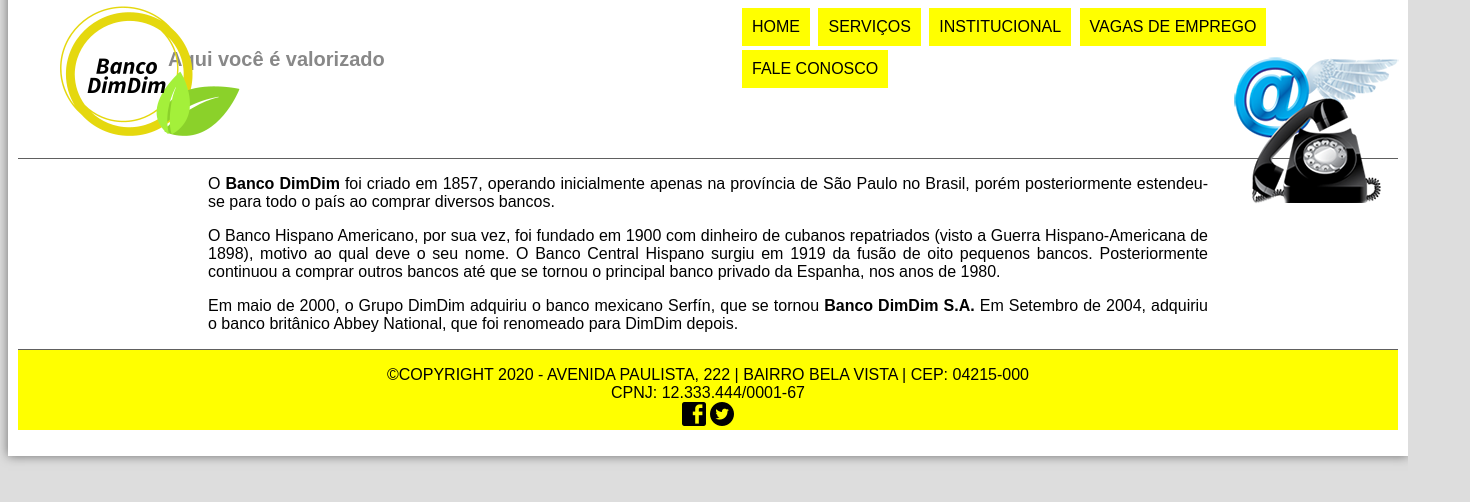
Repository: marceloShibuya/DevOps
Page: http://localhost/Nac_DevOPS/contato.jsp
An editor plug-in stored every save of this project. The page is shown before and after the next save, followed by the edit.
The browser window is 1280 px wide. The page is 1408 px wide, then 1470 px, so the pictures cover 1470 px, including what lies to the right of the window. The pictures show the whole page.
Some web fonts or font styles are not loaded; a fallback is used. The page is served by Tomcat 9. Other server files are loaded and not shown.

Above is the page before, as saved 2020-02-25 00:33:19.

### Nac_DevOPS/WebContent/contato.jsp
<%@ page language="java" contentType="text/html; charset=ISO-8859-1"
    pageEncoding="ISO-8859-1"%>
<!DOCTYPE html>
<html>
<head>
	<meta charset="utf-8">
	<title>Nac DevOPS</title>
	<link rel="stylesheet" type="text/css" href="_css/estilo.css">
</head>
<script src="_javascript/funcoes.js"></script>
<body>
<div id="interface">
	<header id="cabecalho">
		<hgroup>
			<h2>Aqui você é valorizado</h2>
		</hgroup>
		<img id="icone" src="_imagens/logo_DimDim.png">
		<img id="icone_2" src="_imagens/contato.png">
	<nav id="menu">
		<ul>
			<li onmouseover="mudaFoto('_imagens/home.png')"
			onmouseout="mudaFoto('_imagens/contato.png')"><a href="index.jsp">Home</a></li>
			<li onmouseover="mudaFoto('_imagens/especificacoes.png')"
			onmouseout="mudaFoto('_imagens/contato.png')"><a href="servicos.jsp">Serviços</a></li>
			<li onmouseover="mudaFoto('_imagens/inst.jpg')"
			onmouseout="mudaFoto('_imagens/contato.png')"><a href="institucional.jsp">Institucional</a></li>
			<li onmouseover="mudaFoto('_imagens/emprego.png')"
			onmouseout="mudaFoto('_imagens/contato.png')"><a href="emprego.jsp">Vagas de emprego</a></li>
			<li onmouseover="mudaFoto('_imagens/contato.png')"
			onmouseout="mudaFoto('_imagens/contato.png')"><a href="contato.html">Fale Conosco</a></li>
		</ul>
	</nav>
	</header>
<section id="corpo">

	<p>O <b>Banco DimDim</b> foi criado em 1857, operando inicialmente apenas na província de São Paulo no Brasil, porém posteriormente estendeu-se para todo o país ao comprar diversos bancos.</p>

	<p>O Banco Hispano Americano, por sua vez, foi fundado em 1900 com dinheiro de cubanos repatriados (visto a Guerra Hispano-Americana de 1898), motivo ao qual deve o seu nome. O Banco Central Hispano surgiu em 1919 da fusão de oito pequenos bancos. Posteriormente continuou a comprar outros bancos até que se tornou o principal banco privado da Espanha, nos anos de 1980.</p>

	<p>Em maio de 2000, o Grupo DimDim adquiriu o banco mexicano Serfín, que se tornou <b>Banco DimDim S.A.</b> Em Setembro de 2004, adquiriu o banco britânico Abbey National, que foi renomeado para DimDim depois.</p>


</section>

<footer id="rodape">
<p>&copy;Copyright 2020 - Avenida Paulista, 222 | Bairro Bela Vista | CEP: 04215-000 <br>
	CPNJ: 12.333.444/0001-67 <br>
<a href="http://facebook.com" target="_blank" ><img src="_imagens/facebook.png"></a>
<a href="http://twitter.com" target="_blank"><img src="_imagens/twitter.png"></a></p>
</footer>
</div>
</body>
</html>

### Nac_DevOPS/WebContent/_css/estilo.css
@import url('https://fonts.googleapis.com/css?family=Titillium+Web&display=swap');
@font-face {
	font-family: 'FonteLogo';
	src: url("../_fonts/bubblegum-sans-regular.otf");
}

body{
	font-family: arial, sans-serif;
	background-color: #dddddd;
	color: rgba(0,0,0,1);
	}

div#interface {
	width: 1380px;
	background-color: #ffffff;
	margin: -20px auto 0px auto;
	box-shadow: 0px 0px 10px rgba(0,0,0,.5);
	padding: 30px 10px 10px 10px;
}

header#cabecalho img#icone_2 {
	position: absolute;
	left: 1230px;
	top: 50px;
}

header#cabecalho img#icone {
	position: absolute;
	left: 50px;
	top: -20px;
}

header#cabecalho {
	border-bottom: 1px #606060 solid;
	height: 110px;
}

header#cabecalho h2 {
	font-family: 'Titillium Web', sans-serif;
	font-size: 15pt;
	color: #888888;
	padding: 0px;
	margin-top: 30px;
	margin-left: 150px;
}

p {
	font-family: 'FonteLogo', sans-serif;
	text-align: justify;
}

/* Formatação da foto */


figure.foto-legenda{
	position: relative;
	border: 8px solid white;
	box-shadow: 1px 1px 4px black;
}

figure.foto-legenda img{
	width: 100%;
	height: 100%;
}

figure.foto-legenda figcaption{
	position: absolute;
	top: 0px;
	background-color: rgba(0,0,0,.4);
	color: white;
	width: 100%;
	height: 100%;
	padding: 10px;
	box-sizing: border-box;
	opacity: 0;
	transition: opacity 1s;
}

figure.foto-legenda:hover figcaption{
	opacity: 1;
}

/*  Formatação do Menu*/


nav#menu{
	display: block;
}

nav#menu ul{
	list-style: none;
	text-transform: uppercase;
	position: absolute;
	top: -10px;
	left:700px;
}

nav#menu li{
	display: inline-block;
	background-color: #ffff00;
	padding: 10px;
	margin: 2px;
	transition: background-color 1s;
}

nav#menu li:hover{
	background-color: #ffff00;
	color: #ffffff;
}

nav#menu h1{
	display: none;
}

nav#menu a{
	color: #000000;
	text-decoration: none;
}

nav#menu a:hover{
	color: #ffff;
}

.login__content {
	margin-left: 1020px;
	margin-top: -25px;
	display: block;
	flex-direction: row;
	justify-content: center;

}

.login__title {
	margin-top: -20px;
	margin-left: 600px;
}

input#cpf {
	border-style: solid;
	border-color: #ffff00;
	box-shadow: 1px 1px 4px black;
}

input#senha {
	border-style: solid;
	border-color: #ffff00;
	box-shadow: 1px 1px 4px black;
}

.btn-full {
	background-color: #ffff00;
	text-transform: uppercase;
	box-shadow: 1px 1px 4px black;
	cursor:pointer;
}

span{
	color:white;
}

/* Formatação da Section */

section#corpo {
	display: block;
	width: 1000px;
	margin: auto;
}


footer#rodape {
	clear: both;
	border-top: 1px solid #606060;
	background-color: #ffff00;
}

footer#rodape p{
	text-transform: uppercase;
	text-align: center;
	font-family: 'Titillium Web', sans-serif;
}

### Nac_DevOPS/WebContent/_javascript/funcoes.js
function mudaFoto(foto){
	document.getElementById('icone_2').src = foto;
}

After the next save:
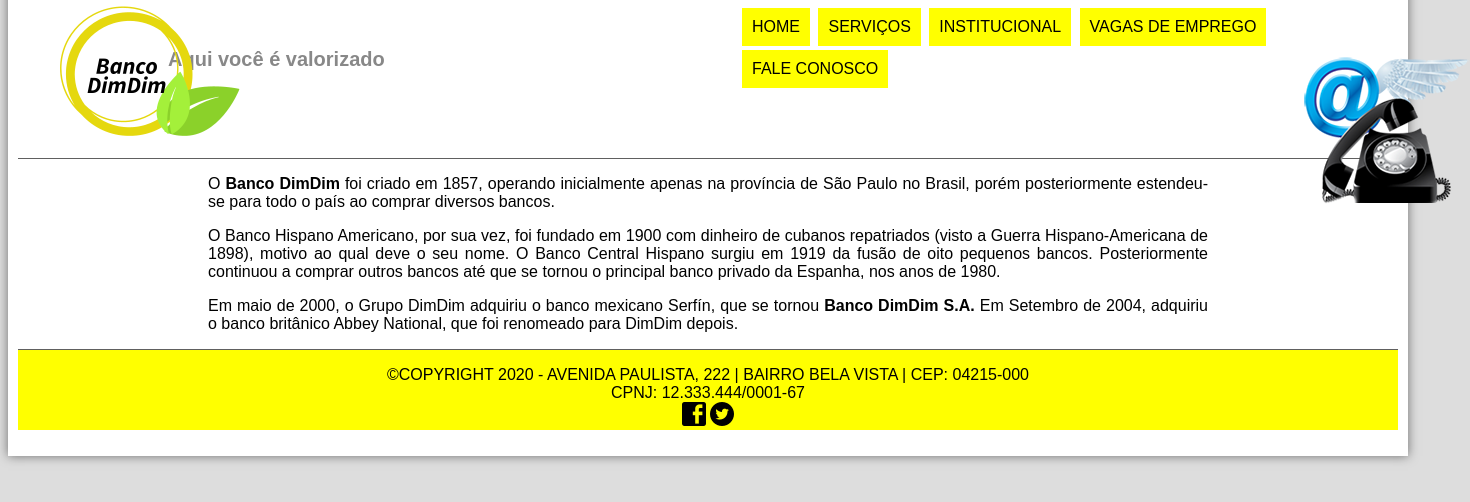
Saved 2 min 15 s later.
--- a/Nac_DevOPS/WebContent/_css/estilo.css
+++ b/Nac_DevOPS/WebContent/_css/estilo.css
@@ -20,7 +20,7 @@ div#interface {
 
 header#cabecalho img#icone_2 {
 	position: absolute;
-	left: 1230px;
+	left: 1300px;
 	top: 50px;
 }
 
